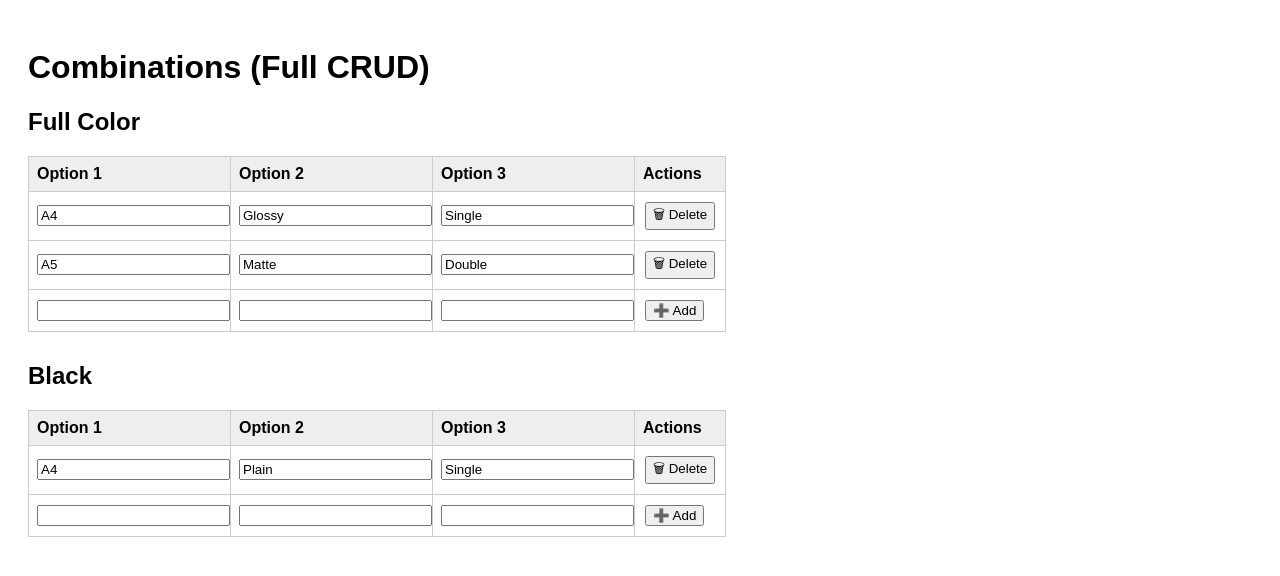
Repository: creesler/minimoqpricing
Page: index.html
An editor plug-in stored every save of this project. The page is shown before and after the next save, followed by the edit.
The browser window is 1280 px wide. The pictures show the whole page.
The page's requests for data from a server got no answer.

Above is the page before, as saved 2025-05-09 17:32:14.

### index.html
<!DOCTYPE html>
<html>
<head>
  <meta charset="UTF-8">
  <title>Combinations Table</title>
  <style>
    body { font-family: sans-serif; padding: 20px; }
    table { border-collapse: collapse; margin-bottom: 30px; }
    th, td { border: 1px solid #ccc; padding: 8px; text-align: left; }
    th { background-color: #eee; }
    td input { width: 100%; }
    button { margin: 2px; }
  </style>
</head>
<body>
  <h1>Combinations (Full CRUD)</h1>
  <div id="tables"></div>

  <script>
    const API_BASE = 'http://localhost:3000/api/combinations';

    const mockData = {
      "Full Color": [
        { _id: "mock1", group: "Full Color", options: ["A4", "Glossy", "Single"] },
        { _id: "mock2", group: "Full Color", options: ["A5", "Matte", "Double"] }
      ],
      "Black": [
        { _id: "mock3", group: "Black", options: ["A4", "Plain", "Single"] }
      ]
    };

    async function fetchCombinations() {
      try {
        const res = await fetch(API_BASE);
        const data = await res.json();

        // Use mock data if response is empty or bad
        const validData = Object.keys(data).length ? data : mockData;
        console.log("🔍 Rendering data:", validData);
        renderTables(validData);
      } catch (err) {
        console.warn('⚠️ Fetch failed. Using mock data.', err);
        renderTables(mockData);
      }
    }

    function renderTables(groups) {
      const container = document.getElementById('tables');
      container.innerHTML = '';

      for (const group in groups) {
        const combos = groups[group];
        const wrapper = document.createElement('div');
        wrapper.innerHTML = `<h2>${group}</h2>`;

        const table = document.createElement('table');
        const thead = document.createElement('thead');
        const tbody = document.createElement('tbody');

        const maxCols = Math.max(...combos.map(c => (c.options?.length || 0)));

        // Header row
        const headerRow = document.createElement('tr');
        for (let i = 0; i < maxCols; i++) {
          const th = document.createElement('th');
          th.textContent = `Option ${i + 1}`;
          headerRow.appendChild(th);
        }
        const actionTh = document.createElement('th');
        actionTh.textContent = 'Actions';
        headerRow.appendChild(actionTh);
        thead.appendChild(headerRow);

        // Combo rows
        combos.forEach(combo => {
          const row = document.createElement('tr');
          const options = combo.options || [];

          for (let i = 0; i < maxCols; i++) {
            const td = document.createElement('td');
            const input = document.createElement('input');
            input.value = options[i] || '';
            input.addEventListener('change', e => {
              combo.options[i] = e.target.value;
              updateCombination(combo);
            });
            td.appendChild(input);
            row.appendChild(td);
          }

          const delTd = document.createElement('td');
          const delBtn = document.createElement('button');
          delBtn.textContent = '🗑 Delete';
          delBtn.onclick = () => deleteCombination(combo._id);
          delTd.appendChild(delBtn);
          row.appendChild(delTd);

          tbody.appendChild(row);
        });

        // Add new combo row
        const newRow = document.createElement('tr');
        const newCombo = [];
        for (let i = 0; i < maxCols; i++) {
          const td = document.createElement('td');
          const input = document.createElement('input');
          input.dataset.index = i;
          input.oninput = () => {
            newCombo[i] = input.value;
          };
          td.appendChild(input);
          newRow.appendChild(td);
        }

        const addTd = document.createElement('td');
        const addBtn = document.createElement('button');
        addBtn.textContent = '➕ Add';
        addBtn.onclick = () => {
          const cleaned = newCombo.map(v => v?.trim()).filter(Boolean);
          if (cleaned.length) {
            createCombination({ group, options: cleaned });
          }
        };
        addTd.appendChild(addBtn);
        newRow.appendChild(addTd);
        tbody.appendChild(newRow);

        table.appendChild(thead);
        table.appendChild(tbody);
        wrapper.appendChild(table);
        container.appendChild(wrapper);
      }
    }

    async function createCombination(data) {
      await fetch(API_BASE, {
        method: 'POST',
        headers: { 'Content-Type': 'application/json' },
        body: JSON.stringify(data)
      });
      fetchCombinations();
    }

    async function updateCombination(combo) {
      if (combo._id.startsWith('mock')) return;
      await fetch(`${API_BASE}/${combo._id}`, {
        method: 'PUT',
        headers: { 'Content-Type': 'application/json' },
        body: JSON.stringify(combo)
      });
    }

    async function deleteCombination(id) {
      if (id.startsWith('mock')) return;
      await fetch(`${API_BASE}/${id}`, { method: 'DELETE' });
      fetchCombinations();
    }

    fetchCombinations();
  </script>
</body>
</html>

After the next save:
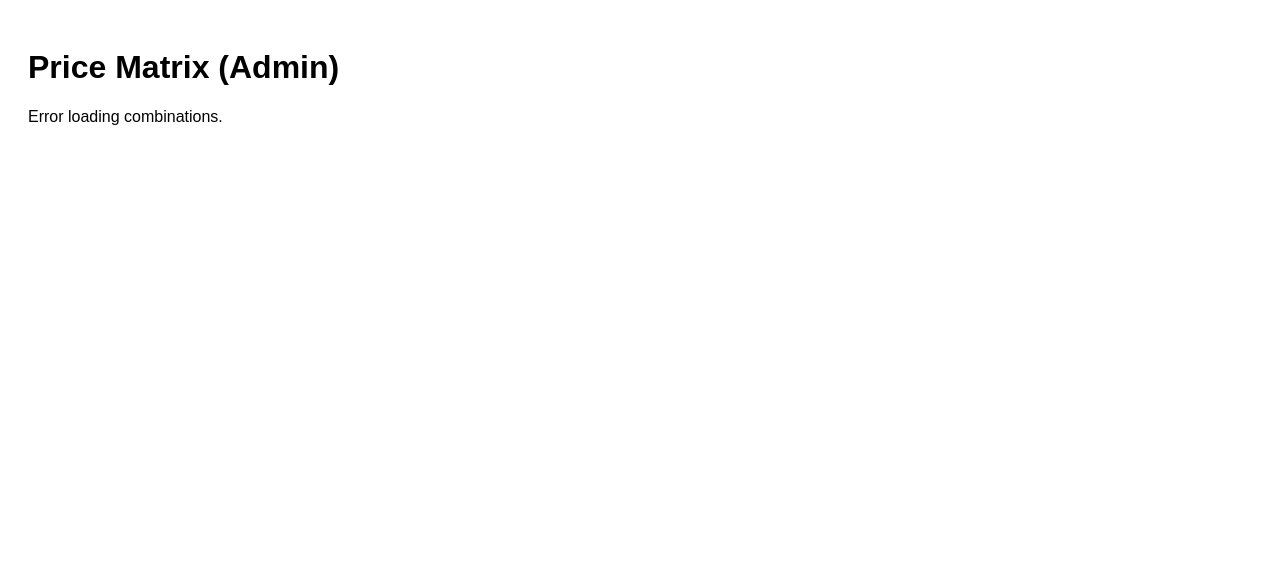
Saved 17 min 3 s later.
--- a/index.html
+++ b/index.html
@@ -2,45 +2,32 @@
 <html>
 <head>
   <meta charset="UTF-8">
-  <title>Combinations Table</title>
+  <title>Price Matrix Admin</title>
   <style>
     body { font-family: sans-serif; padding: 20px; }
-    table { border-collapse: collapse; margin-bottom: 30px; }
-    th, td { border: 1px solid #ccc; padding: 8px; text-align: left; }
+    table { border-collapse: collapse; margin-bottom: 40px; }
+    th, td { border: 1px solid #ccc; padding: 8px; }
     th { background-color: #eee; }
-    td input { width: 100%; }
+    input[readonly] { background-color: #f9f9f9; border: none; }
+    input.editable { border: 1px solid #888; }
     button { margin: 2px; }
   </style>
 </head>
 <body>
-  <h1>Combinations (Full CRUD)</h1>
+  <h1>Price Matrix (Admin)</h1>
   <div id="tables"></div>
 
   <script>
     const API_BASE = 'http://localhost:3000/api/combinations';
 
-    const mockData = {
-      "Full Color": [
-        { _id: "mock1", group: "Full Color", options: ["A4", "Glossy", "Single"] },
-        { _id: "mock2", group: "Full Color", options: ["A5", "Matte", "Double"] }
-      ],
-      "Black": [
-        { _id: "mock3", group: "Black", options: ["A4", "Plain", "Single"] }
-      ]
-    };
-
     async function fetchCombinations() {
       try {
         const res = await fetch(API_BASE);
         const data = await res.json();
-
-        // Use mock data if response is empty or bad
-        const validData = Object.keys(data).length ? data : mockData;
-        console.log("🔍 Rendering data:", validData);
-        renderTables(validData);
+        renderTables(data);
       } catch (err) {
-        console.warn('⚠️ Fetch failed. Using mock data.', err);
-        renderTables(mockData);
+        console.error('Failed to fetch combinations:', err);
+        document.getElementById('tables').innerHTML = '<p>Error loading combinations.</p>';
       }
     }
 
@@ -57,73 +44,60 @@
         const thead = document.createElement('thead');
         const tbody = document.createElement('tbody');
 
-        const maxCols = Math.max(...combos.map(c => (c.options?.length || 0)));
+        const maxCols = Math.max(...combos.map(c => c.options?.length || 0));
 
-        // Header row
+        // Header
         const headerRow = document.createElement('tr');
         for (let i = 0; i < maxCols; i++) {
           const th = document.createElement('th');
           th.textContent = `Option ${i + 1}`;
           headerRow.appendChild(th);
         }
+        const priceTh = document.createElement('th');
+        priceTh.textContent = 'Price ($)';
+        headerRow.appendChild(priceTh);
         const actionTh = document.createElement('th');
         actionTh.textContent = 'Actions';
         headerRow.appendChild(actionTh);
         thead.appendChild(headerRow);
 
-        // Combo rows
+        // Rows
         combos.forEach(combo => {
           const row = document.createElement('tr');
-          const options = combo.options || [];
 
+          // Option cells (readonly)
           for (let i = 0; i < maxCols; i++) {
             const td = document.createElement('td');
             const input = document.createElement('input');
-            input.value = options[i] || '';
-            input.addEventListener('change', e => {
-              combo.options[i] = e.target.value;
-              updateCombination(combo);
-            });
+            input.readOnly = true;
+            input.value = combo.options?.[i] || '';
             td.appendChild(input);
             row.appendChild(td);
           }
 
-          const delTd = document.createElement('td');
+          // Price cell (editable)
+          const priceTd = document.createElement('td');
+          const priceInput = document.createElement('input');
+          priceInput.type = 'number';
+          priceInput.className = 'editable';
+          priceInput.step = '0.01';
+          priceInput.value = combo.price ?? 0;
+          priceInput.addEventListener('change', async () => {
+            await updatePrice(combo._id, parseFloat(priceInput.value || 0));
+          });
+          priceTd.appendChild(priceInput);
+          row.appendChild(priceTd);
+
+          // Actions
+          const actionTd = document.createElement('td');
           const delBtn = document.createElement('button');
           delBtn.textContent = '🗑 Delete';
           delBtn.onclick = () => deleteCombination(combo._id);
-          delTd.appendChild(delBtn);
-          row.appendChild(delTd);
+          actionTd.appendChild(delBtn);
+          row.appendChild(actionTd);
 
           tbody.appendChild(row);
         });
-
-        // Add new combo row
-        const newRow = document.createElement('tr');
-        const newCombo = [];
-        for (let i = 0; i < maxCols; i++) {
-          const td = document.createElement('td');
-          const input = document.createElement('input');
-          input.dataset.index = i;
-          input.oninput = () => {
-            newCombo[i] = input.value;
-          };
-          td.appendChild(input);
-          newRow.appendChild(td);
-        }
-
-        const addTd = document.createElement('td');
-        const addBtn = document.createElement('button');
-        addBtn.textContent = '➕ Add';
-        addBtn.onclick = () => {
-          const cleaned = newCombo.map(v => v?.trim()).filter(Boolean);
-          if (cleaned.length) {
-            createCombination({ group, options: cleaned });
-          }
-        };
-        addTd.appendChild(addBtn);
-        newRow.appendChild(addTd);
-        tbody.appendChild(newRow);
 
         table.appendChild(thead);
         table.appendChild(tbody);
@@ -132,28 +106,26 @@
       }
     }
 
-    async function createCombination(data) {
-      await fetch(API_BASE, {
-        method: 'POST',
-        headers: { 'Content-Type': 'application/json' },
-        body: JSON.stringify(data)
-      });
-      fetchCombinations();
-    }
-
-    async function updateCombination(combo) {
-      if (combo._id.startsWith('mock')) return;
-      await fetch(`${API_BASE}/${combo._id}`, {
-        method: 'PUT',
-        headers: { 'Content-Type': 'application/json' },
-        body: JSON.stringify(combo)
-      });
+    async function updatePrice(id, price) {
+      try {
+        await fetch(`${API_BASE}/${id}`, {
+          method: 'PUT',
+          headers: { 'Content-Type': 'application/json' },
+          body: JSON.stringify({ price })
+        });
+        console.log(`✅ Price updated for ${id}: $${price}`);
+      } catch (err) {
+        console.error('❌ Failed to update price:', err);
+      }
     }
 
     async function deleteCombination(id) {
-      if (id.startsWith('mock')) return;
-      await fetch(`${API_BASE}/${id}`, { method: 'DELETE' });
-      fetchCombinations();
+      try {
+        await fetch(`${API_BASE}/${id}`, { method: 'DELETE' });
+        fetchCombinations();
+      } catch (err) {
+        console.error('❌ Delete failed:', err);
+      }
     }
 
     fetchCombinations();

After the save that followed:
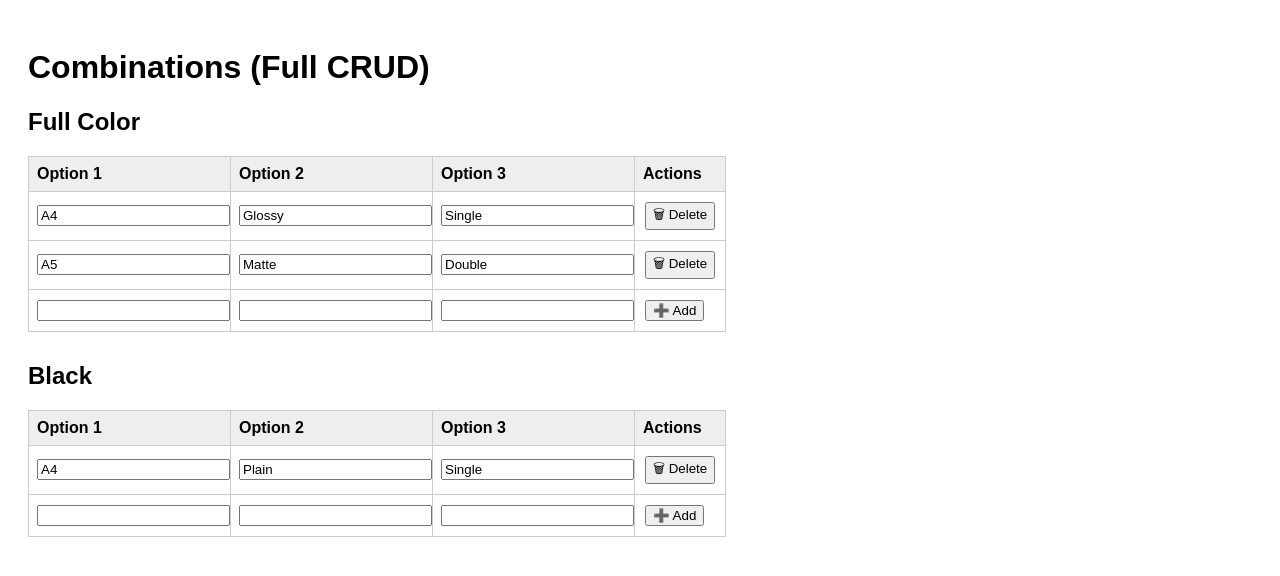
Saved 15 s later.
--- a/index.html
+++ b/index.html
@@ -2,32 +2,45 @@
 <html>
 <head>
   <meta charset="UTF-8">
-  <title>Price Matrix Admin</title>
+  <title>Combinations Table</title>
   <style>
     body { font-family: sans-serif; padding: 20px; }
-    table { border-collapse: collapse; margin-bottom: 40px; }
-    th, td { border: 1px solid #ccc; padding: 8px; }
+    table { border-collapse: collapse; margin-bottom: 30px; }
+    th, td { border: 1px solid #ccc; padding: 8px; text-align: left; }
     th { background-color: #eee; }
-    input[readonly] { background-color: #f9f9f9; border: none; }
-    input.editable { border: 1px solid #888; }
+    td input { width: 100%; }
     button { margin: 2px; }
   </style>
 </head>
 <body>
-  <h1>Price Matrix (Admin)</h1>
+  <h1>Combinations (Full CRUD)</h1>
   <div id="tables"></div>
 
   <script>
     const API_BASE = 'http://localhost:3000/api/combinations';
 
+    const mockData = {
+      "Full Color": [
+        { _id: "mock1", group: "Full Color", options: ["A4", "Glossy", "Single"] },
+        { _id: "mock2", group: "Full Color", options: ["A5", "Matte", "Double"] }
+      ],
+      "Black": [
+        { _id: "mock3", group: "Black", options: ["A4", "Plain", "Single"] }
+      ]
+    };
+
     async function fetchCombinations() {
       try {
         const res = await fetch(API_BASE);
         const data = await res.json();
-        renderTables(data);
+
+        // Use mock data if response is empty or bad
+        const validData = Object.keys(data).length ? data : mockData;
+        console.log("🔍 Rendering data:", validData);
+        renderTables(validData);
       } catch (err) {
-        console.error('Failed to fetch combinations:', err);
-        document.getElementById('tables').innerHTML = '<p>Error loading combinations.</p>';
+        console.warn('⚠️ Fetch failed. Using mock data.', err);
+        renderTables(mockData);
       }
     }
 
@@ -44,60 +57,73 @@
         const thead = document.createElement('thead');
         const tbody = document.createElement('tbody');
 
-        const maxCols = Math.max(...combos.map(c => c.options?.length || 0));
+        const maxCols = Math.max(...combos.map(c => (c.options?.length || 0)));
 
-        // Header
+        // Header row
         const headerRow = document.createElement('tr');
         for (let i = 0; i < maxCols; i++) {
           const th = document.createElement('th');
           th.textContent = `Option ${i + 1}`;
           headerRow.appendChild(th);
         }
-        const priceTh = document.createElement('th');
-        priceTh.textContent = 'Price ($)';
-        headerRow.appendChild(priceTh);
         const actionTh = document.createElement('th');
         actionTh.textContent = 'Actions';
         headerRow.appendChild(actionTh);
         thead.appendChild(headerRow);
 
-        // Rows
+        // Combo rows
         combos.forEach(combo => {
           const row = document.createElement('tr');
+          const options = combo.options || [];
 
-          // Option cells (readonly)
           for (let i = 0; i < maxCols; i++) {
             const td = document.createElement('td');
             const input = document.createElement('input');
-            input.readOnly = true;
-            input.value = combo.options?.[i] || '';
+            input.value = options[i] || '';
+            input.addEventListener('change', e => {
+              combo.options[i] = e.target.value;
+              updateCombination(combo);
+            });
             td.appendChild(input);
             row.appendChild(td);
           }
 
-          // Price cell (editable)
-          const priceTd = document.createElement('td');
-          const priceInput = document.createElement('input');
-          priceInput.type = 'number';
-          priceInput.className = 'editable';
-          priceInput.step = '0.01';
-          priceInput.value = combo.price ?? 0;
-          priceInput.addEventListener('change', async () => {
-            await updatePrice(combo._id, parseFloat(priceInput.value || 0));
-          });
-          priceTd.appendChild(priceInput);
-          row.appendChild(priceTd);
-
-          // Actions
-          const actionTd = document.createElement('td');
+          const delTd = document.createElement('td');
           const delBtn = document.createElement('button');
           delBtn.textContent = '🗑 Delete';
           delBtn.onclick = () => deleteCombination(combo._id);
-          actionTd.appendChild(delBtn);
-          row.appendChild(actionTd);
+          delTd.appendChild(delBtn);
+          row.appendChild(delTd);
 
           tbody.appendChild(row);
         });
+
+        // Add new combo row
+        const newRow = document.createElement('tr');
+        const newCombo = [];
+        for (let i = 0; i < maxCols; i++) {
+          const td = document.createElement('td');
+          const input = document.createElement('input');
+          input.dataset.index = i;
+          input.oninput = () => {
+            newCombo[i] = input.value;
+          };
+          td.appendChild(input);
+          newRow.appendChild(td);
+        }
+
+        const addTd = document.createElement('td');
+        const addBtn = document.createElement('button');
+        addBtn.textContent = '➕ Add';
+        addBtn.onclick = () => {
+          const cleaned = newCombo.map(v => v?.trim()).filter(Boolean);
+          if (cleaned.length) {
+            createCombination({ group, options: cleaned });
+          }
+        };
+        addTd.appendChild(addBtn);
+        newRow.appendChild(addTd);
+        tbody.appendChild(newRow);
 
         table.appendChild(thead);
         table.appendChild(tbody);
@@ -106,26 +132,28 @@
       }
     }
 
-    async function updatePrice(id, price) {
-      try {
-        await fetch(`${API_BASE}/${id}`, {
-          method: 'PUT',
-          headers: { 'Content-Type': 'application/json' },
-          body: JSON.stringify({ price })
-        });
-        console.log(`✅ Price updated for ${id}: $${price}`);
-      } catch (err) {
-        console.error('❌ Failed to update price:', err);
-      }
+    async function createCombination(data) {
+      await fetch(API_BASE, {
+        method: 'POST',
+        headers: { 'Content-Type': 'application/json' },
+        body: JSON.stringify(data)
+      });
+      fetchCombinations();
+    }
+
+    async function updateCombination(combo) {
+      if (combo._id.startsWith('mock')) return;
+      await fetch(`${API_BASE}/${combo._id}`, {
+        method: 'PUT',
+        headers: { 'Content-Type': 'application/json' },
+        body: JSON.stringify(combo)
+      });
     }
 
     async function deleteCombination(id) {
-      try {
-        await fetch(`${API_BASE}/${id}`, { method: 'DELETE' });
-        fetchCombinations();
-      } catch (err) {
-        console.error('❌ Delete failed:', err);
-      }
+      if (id.startsWith('mock')) return;
+      await fetch(`${API_BASE}/${id}`, { method: 'DELETE' });
+      fetchCombinations();
     }
 
     fetchCombinations();
